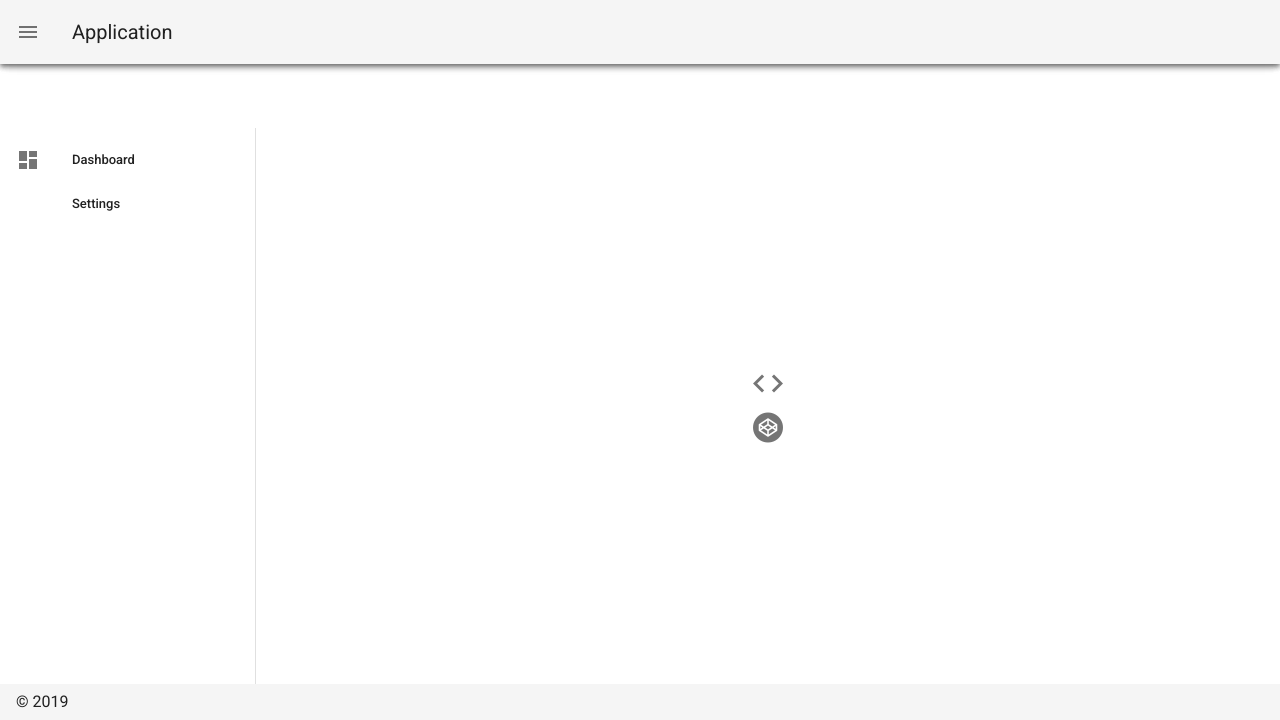
Repository: taniwhy/open-campus-system
Page: /#/login (app in client_view/)
The author's editor kept a copy of each file at every save. The page is drawn from the files as they stood at one save, then again after the next save.
The browser window is 1280 px wide. The pictures show the whole page.
The project was rebuilt for these pictures with package versions that can differ from the ones it lists, and the page was loaded fresh each time. Also part of the build but not shown: client_view/vue.config.js, client_view/src/components/Home.vue, client_view/src/components/Branch.vue, client_view/src/components/Register.vue, client_view/src/components/Base_form.vue, client_view/src/components/Confirmation.vue.

Above is the page before, as saved 2019-12-04 11:21:19.

After the next save:
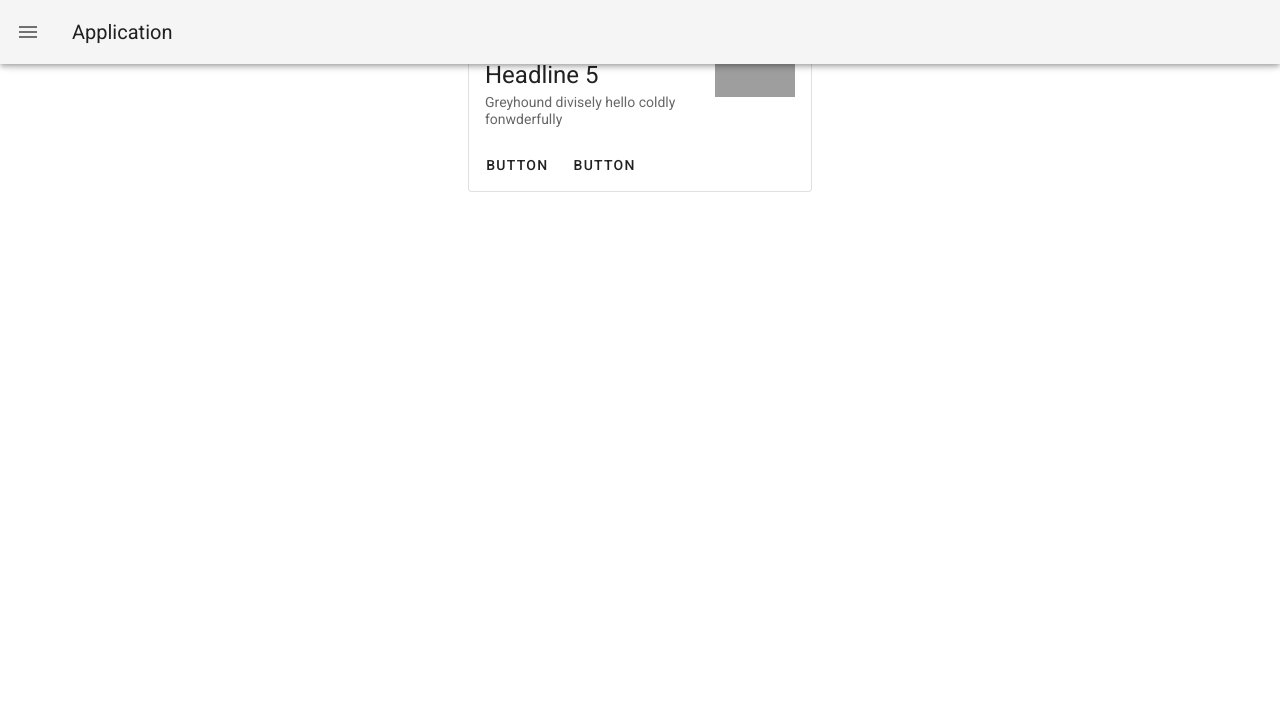
Saved 73 s later.
--- a/client_view/src/components/Admin.vue
+++ b/client_view/src/components/Admin.vue
@@ -1,94 +1,26 @@
 <template>
-  <v-app id="inspire">
-    <v-navigation-drawer
-      v-model="drawer"
-      app
-      clipped
-    >
-      <v-list dense>
-        <v-list-item link>
-          <v-list-item-action>
-            <v-icon>mdi-view-dashboard</v-icon>
-          </v-list-item-action>
-          <v-list-item-content>
-            <v-list-item-title>Dashboard</v-list-item-title>
-          </v-list-item-content>
-        </v-list-item>
-        <v-list-item link>
-          <v-list-item-action>
-            <v-icon>mdi-settings</v-icon>
-          </v-list-item-action>
-          <v-list-item-content>
-            <v-list-item-title>Settings</v-list-item-title>
-          </v-list-item-content>
-        </v-list-item>
-      </v-list>
-    </v-navigation-drawer>
+  <v-card
+    class="mx-auto"
+    max-width="344"
+    outlined
+  >
+    <v-list-item three-line>
+      <v-list-item-content>
+        <div class="overline mb-4">OVERLINE</div>
+        <v-list-item-title class="headline mb-1">Headline 5</v-list-item-title>
+        <v-list-item-subtitle>Greyhound divisely hello coldly fonwderfully</v-list-item-subtitle>
+      </v-list-item-content>
 
-    <v-app-bar
-      app
-      clipped-left
-    >
-      <v-app-bar-nav-icon @click.stop="drawer = !drawer" />
-      <v-toolbar-title>Application</v-toolbar-title>
-    </v-app-bar>
+      <v-list-item-avatar
+        tile
+        size="80"
+        color="grey"
+      ></v-list-item-avatar>
+    </v-list-item>
 
-    <v-content>
-      <v-container
-        class="fill-height"
-        fluid
-      >
-        <v-row
-          align="center"
-          justify="center"
-        >
-          <v-col class="shrink">
-            <v-tooltip right>
-              <template v-slot:activator="{ on }">
-                <v-btn
-                  :href="source"
-                  icon
-                  large
-                  target="_blank"
-                  v-on="on"
-                >
-                  <v-icon large>mdi-code-tags</v-icon>
-                </v-btn>
-              </template>
-              <span>Source</span>
-            </v-tooltip>
-            <v-tooltip right>
-              <template v-slot:activator="{ on }">
-                <v-btn
-                  icon
-                  large
-                  href="https://codepen.io/johnjleider/pen/bXNzZL"
-                  target="_blank"
-                  v-on="on"
-                >
-                  <v-icon large>mdi-codepen</v-icon>
-                </v-btn>
-              </template>
-              <span>Codepen</span>
-            </v-tooltip>
-          </v-col>
-        </v-row>
-      </v-container>
-    </v-content>
-
-    <v-footer app>
-      <span>&copy; 2019</span>
-    </v-footer>
-  </v-app>
+    <v-card-actions>
+      <v-btn text>Button</v-btn>
+      <v-btn text>Button</v-btn>
+    </v-card-actions>
+  </v-card>
 </template>
-
-<script>
-  export default {
-    props: {
-      source: String,
-    },
-    data: () => ({
-      drawer: null,
-    }),
-  }
-</script>

After the save that followed:
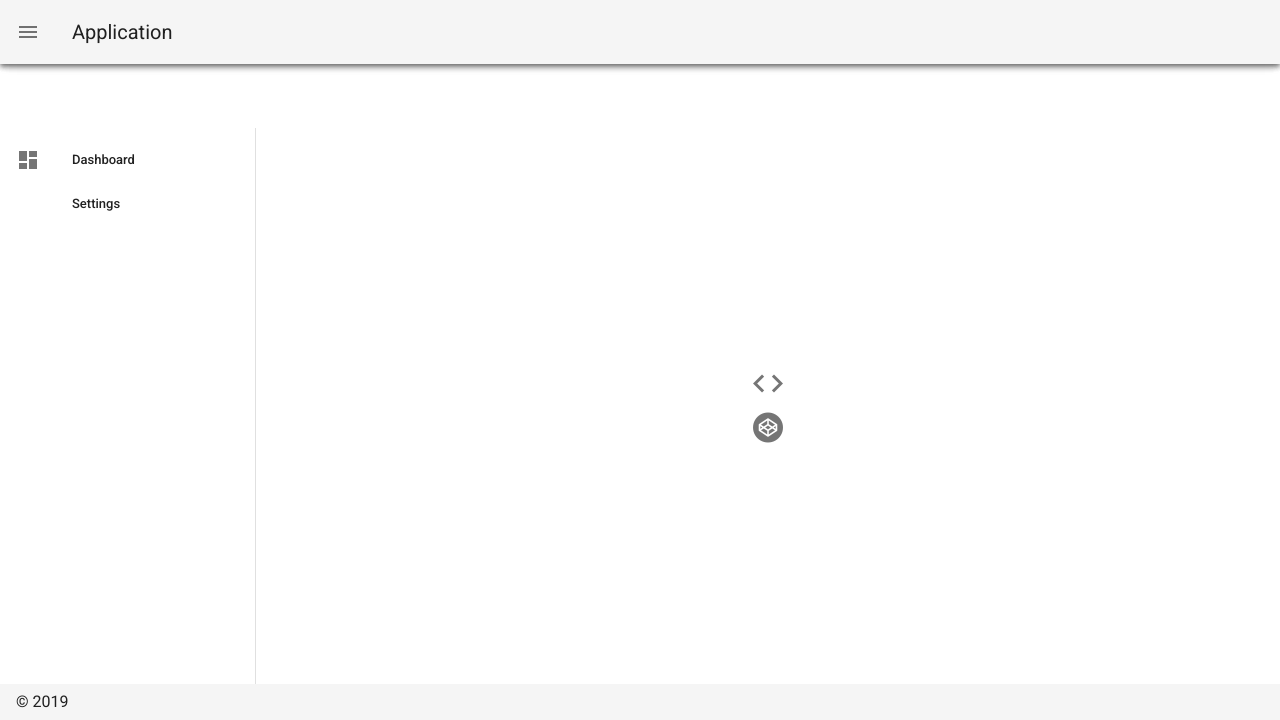
Saved 16 s later.
--- a/client_view/src/components/Admin.vue
+++ b/client_view/src/components/Admin.vue
@@ -1,26 +1,94 @@
 <template>
-  <v-card
-    class="mx-auto"
-    max-width="344"
-    outlined
-  >
-    <v-list-item three-line>
-      <v-list-item-content>
-        <div class="overline mb-4">OVERLINE</div>
-        <v-list-item-title class="headline mb-1">Headline 5</v-list-item-title>
-        <v-list-item-subtitle>Greyhound divisely hello coldly fonwderfully</v-list-item-subtitle>
-      </v-list-item-content>
+  <v-app id="inspire">
+    <v-navigation-drawer
+      v-model="drawer"
+      app
+      clipped
+    >
+      <v-list dense>
+        <v-list-item link>
+          <v-list-item-action>
+            <v-icon>mdi-view-dashboard</v-icon>
+          </v-list-item-action>
+          <v-list-item-content>
+            <v-list-item-title>Dashboard</v-list-item-title>
+          </v-list-item-content>
+        </v-list-item>
+        <v-list-item link>
+          <v-list-item-action>
+            <v-icon>mdi-settings</v-icon>
+          </v-list-item-action>
+          <v-list-item-content>
+            <v-list-item-title>Settings</v-list-item-title>
+          </v-list-item-content>
+        </v-list-item>
+      </v-list>
+    </v-navigation-drawer>
 
-      <v-list-item-avatar
-        tile
-        size="80"
-        color="grey"
-      ></v-list-item-avatar>
-    </v-list-item>
+    <v-app-bar
+      app
+      clipped-left
+    >
+      <v-app-bar-nav-icon @click.stop="drawer = !drawer" />
+      <v-toolbar-title>Application</v-toolbar-title>
+    </v-app-bar>
 
-    <v-card-actions>
-      <v-btn text>Button</v-btn>
-      <v-btn text>Button</v-btn>
-    </v-card-actions>
-  </v-card>
+    <v-content>
+      <v-container
+        class="fill-height"
+        fluid
+      >
+        <v-row
+          align="center"
+          justify="center"
+        >
+          <v-col class="shrink">
+            <v-tooltip right>
+              <template v-slot:activator="{ on }">
+                <v-btn
+                  :href="source"
+                  icon
+                  large
+                  target="_blank"
+                  v-on="on"
+                >
+                  <v-icon large>mdi-code-tags</v-icon>
+                </v-btn>
+              </template>
+              <span>Source</span>
+            </v-tooltip>
+            <v-tooltip right>
+              <template v-slot:activator="{ on }">
+                <v-btn
+                  icon
+                  large
+                  href="https://codepen.io/johnjleider/pen/bXNzZL"
+                  target="_blank"
+                  v-on="on"
+                >
+                  <v-icon large>mdi-codepen</v-icon>
+                </v-btn>
+              </template>
+              <span>Codepen</span>
+            </v-tooltip>
+          </v-col>
+        </v-row>
+      </v-container>
+    </v-content>
+
+    <v-footer app>
+      <span>&copy; 2019</span>
+    </v-footer>
+  </v-app>
 </template>
+
+<script>
+  export default {
+    props: {
+      source: String,
+    },
+    data: () => ({
+      drawer: null,
+    }),
+  }
+</script>
